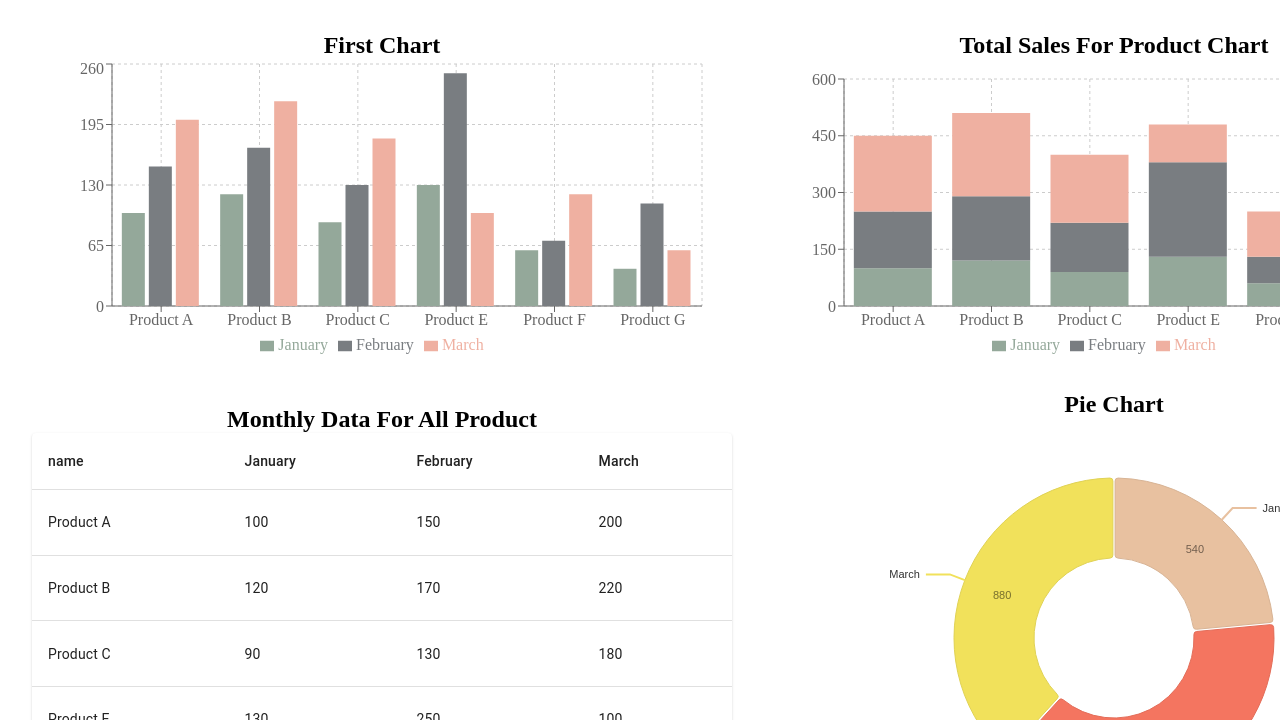
Repository: sagarjain738/test
Page: /
These files come from the project's save history. The page is drawn as it stood at one moment and after the next save; the edit follows.
The browser window is 1280 px wide. The pictures show the whole page.
The project was rebuilt for these pictures with package versions that can differ from the ones it lists, and the page was loaded fresh each time. Also part of the build but not shown: vite.config.js, src/index.css.

Above is the page before, as saved 2024-01-21 00:09:16.

### src/App.jsx
import "./App.css";
import FirstChart from "./components/FirstChart";
import totalData, { getTotalData, getTotal, getMonths } from "../Data";
import SecondChart from "./components/SecondData";
import TotalPieChart from "./components/PieChart";
import BasicTable from "./components/Table";

function App() {
  const firstRecord = getTotalData(totalData);
  const total = getTotal(totalData);
  const monthNames = getMonths();
  return (
    <div className="container">
      <FirstChart records={firstRecord} monthNames={monthNames.slice(1)} />
      <SecondChart records={firstRecord} monthNames={monthNames.slice(1)} />
      <BasicTable records={firstRecord} monthNames={monthNames} />
      <TotalPieChart records={total} monthNames={monthNames} />
    </div>
  );
}

export default App;

### src/App.css
*,
::before,
::after {
  box-sizing: border-box;
  padding: 0;
  margin: 0;
}

.container {
  display: grid;
  grid-template-columns: repeat(2, 1fr);
  max-height: 100vh;
  max-width: 100vw;
  overflow: hidden;
  gap: 2rem;
  padding: 2rem;
}

@media screen and (max-width: 900px) {
  .container {
    display: flex;
    flex-direction: column;
    overflow: scroll;
    align-items: center;
    justify-content: center;
    max-height: max-content;
  }
}

### src/components/FirstChart.jsx
import {
  Bar,
  BarChart,
  CartesianGrid,
  Legend,
  Rectangle,
  Tooltip,
  XAxis,
  YAxis,
} from "recharts";
import HigherOrder from "./HigherOrder";

const colors = ["#94A89A", "#797D81", "#EFB0A1", "#669bbc"];

const FirstChart = ({ records, monthNames }) => {
  return (
    <BarChart
      width={700}
      height={300}
      data={records}
      margin={{
        top: 5,
        right: 30,
        left: 20,
        bottom: 5,
      }}
    >
      <CartesianGrid strokeDasharray="3 3" />
      <XAxis dataKey="name" />
      <YAxis />
      <Tooltip />
      <Legend />
      {monthNames.map((month, i) => (
        <Bar
          key={month}
          dataKey={month}
          fill={colors[i]}
          activeBar={<Rectangle fill={colors[i]} stroke="blue" />}
        />
      ))}
    </BarChart>
  );
};

const ProductWiseMonthlySales = HigherOrder(FirstChart, "First Chart");

export default ProductWiseMonthlySales;

### Data.js
let data = {
  salesData: [
    {
      product: "Product A",
      sales: [
        { month: "January", amount: 100 },
        { month: "February", amount: 150 },
        { month: "March", amount: 200 },
      ],
    },
    {
      product: "Product B",
      sales: [
        { month: "January", amount: 120 },
        { month: "February", amount: 170 },
        { month: "March", amount: 220 },
      ],
    },
    {
      product: "Product C",
      sales: [
        { month: "January", amount: 90 },
        { month: "February", amount: 130 },
        { month: "March", amount: 180 },
      ],
    },
    {
      product: "Product E",
      sales: [
        { month: "January", amount: 130 },
        { month: "February", amount: 250 },
        { month: "March", amount: 100 },
      ],
    },
    {
      product: "Product F",
      sales: [
        { month: "January", amount: 60 },
        { month: "February", amount: 70 },
        { month: "March", amount: 120 },
      ],
    },
    {
      product: "Product G",
      sales: [
        { month: "January", amount: 40 },
        { month: "February", amount: 110 },
        { month: "March", amount: 60 },
      ],
    },
  ],
};

export function getTotalData(records) {
  const result = records.salesData.map((item) => {
    return {
      name: item.product,
      data: item.sales.reduce(
        (acc, itm) => ({ ...acc, [`${itm.month}`]: itm.amount }),
        {}
      ),
    };
  });

  const finalData = result.map((item) => {
    return { name: item.name, ...item.data };
  });

  return finalData;
}

export function getTotals(records) {
  const result = records.salesData.map((item) => {
    return {
      id: item.product,
      label: item.product,
      value: item.sales.reduce((acc, itm) => acc + itm.amount, 0),
      color: "hsl(271, 70%, 50%)",
    };
  });
  return result;
}

export function getTotal(data) {
  let sumOfMonths = {};
  data.salesData.forEach((product) => {
    product.sales.forEach((sale) => {
      sumOfMonths[sale.month] = (sumOfMonths[sale.month] || 0) + sale.amount;
    });
  });

  const output = [];

  for (const key in sumOfMonths) {
    output.push({
      id: key,
      label: key,
      value: sumOfMonths[key],
      color: "hsl(37, 70%, 50%)",
    });
  }

  return output;
}

export function getMonths() {
  const months = new Set();
  months.add("name");
  data.salesData.forEach((d) => d.sales.forEach((v) => months.add(v.month)));

  return [...months];
}

export default data;

### src/components/SecondData.jsx
import {
  Bar,
  BarChart,
  CartesianGrid,
  Legend,
  Tooltip,
  XAxis,
  YAxis,
} from "recharts";
import HigherOrder from "./HigherOrder";

const colors = ["#94A89A", "#797D81", "#EFB0A1", "#669bbc"];

const SecondChart = ({ records, monthNames }) => {
  return (
    <BarChart
      width={700}
      height={300}
      data={records}
      margin={{
        top: 20,
        right: 30,
        left: 20,
        bottom: 5,
      }}
    >
      <CartesianGrid strokeDasharray="3 3" />
      <XAxis dataKey="name" />
      <YAxis />
      <Tooltip />
      <Legend />
      {monthNames.map((month, i) => (
        <Bar key={i} dataKey={month} stackId="a" fill={colors[i]} />
      ))}
    </BarChart>
  );
};

const TotalSalesForProduct = HigherOrder(
  SecondChart,
  "Total Sales For Product Chart"
);

export default TotalSalesForProduct;

### src/components/PieChart.jsx
import { ResponsivePie } from "@nivo/pie";
import HigherOrder from "./HigherOrder";

const TotalPieChart = ({ records }) => (
  <div
    style={{
      height: "30rem",
      width: "30rem",
    }}
  >
    <ResponsivePie
      data={records}
      margin={{ top: 40, right: 80, bottom: 80, left: 80 }}
      innerRadius={0.5}
      padAngle={0.7}
      cornerRadius={3}
      activeOuterRadiusOffset={8}
      borderWidth={1}
      borderColor={{
        from: "color",
        modifiers: [["darker", 0.2]],
      }}
      arcLinkLabelsSkipAngle={10}
      arcLinkLabelsTextColor="#333333"
      arcLinkLabelsThickness={2}
      arcLinkLabelsColor={{ from: "color" }}
      arcLabelsSkipAngle={10}
      arcLabelsTextColor={{
        from: "color",
        modifiers: [["darker", 2]],
      }}
      defs={[
        {
          id: "dots",
          type: "patternDots",
          background: "inherit",
          color: "rgba(255, 255, 255, 0.3)",
          size: 4,
          padding: 1,
          stagger: true,
        },
        {
          id: "lines",
          type: "patternLines",
          background: "inherit",
          color: "rgba(255, 255, 255, 0.3)",
          rotation: -45,
          lineWidth: 6,
          spacing: 10,
        },
      ]}
      legends={[
        {
          anchor: "bottom",
          direction: "row",
          justify: false,
          translateX: 0,
          translateY: 56,
          itemsSpacing: 0,
          itemWidth: 100,
          itemHeight: 18,
          itemTextColor: "#999",
          itemDirection: "left-to-right",
          itemOpacity: 1,
          symbolSize: 18,
          symbolShape: "circle",
          effects: [
            {
              on: "hover",
              style: {
                itemTextColor: "#000",
              },
            },
          ],
        },
      ]}
    />
  </div>
);

const MonthWisePieChart = HigherOrder(TotalPieChart, "Pie Chart");

export default MonthWisePieChart;

### src/components/Table.jsx
import Table from "@mui/material/Table";
import TableBody from "@mui/material/TableBody";
import TableCell from "@mui/material/TableCell";
import TableContainer from "@mui/material/TableContainer";
import TableHead from "@mui/material/TableHead";
import TableRow from "@mui/material/TableRow";
import Paper from "@mui/material/Paper";
import HigherOrder from "./HigherOrder";

function BasicTable({ records, monthNames }) {
  return (
    <TableContainer
      component={Paper}
      sx={{
        minWidth: 450,
        maxWidth: 850,
        minHeight: 450,
        maxHeight: 500,
      }}
    >
      <Table
        sx={{
          minWidth: 450,
          maxWidth: 850,
          minHeight: 450,
          maxHeight: 500,
        }}
        aria-label="simple table"
      >
        <TableHead>
          <TableRow>
            {monthNames.map((item) => (
              <TableCell key={item}>{item}</TableCell>
            ))}
          </TableRow>
        </TableHead>
        <TableBody>
          {records.map((row) => (
            <TableRow
              key={row.name}
              sx={{ "&:last-child td, &:last-child th": { border: 0 } }}
            >
              {monthNames.map((item) => (
                <TableCell key={item} component="th" scope="row">
                  {row[item]}
                </TableCell>
              ))}
            </TableRow>
          ))}
        </TableBody>
      </Table>
    </TableContainer>
  );
}

const TotalSalesForProduct = HigherOrder(
  BasicTable,
  "Monthly Data For All Product"
);

export default TotalSalesForProduct;

### src/components/HigherOrder.jsx
export default function HigherOrder(Component, heading) {
  return function internal(props) {
    return (
      <div
        style={{
          display: "flex",
          flexDirection: "column",
          justifyContent: "center",
          alignItems: "center",
        }}
      >
        <h2>{heading}</h2>
        <Component {...props} />
      </div>
    );
  };
}

Loaded but not shown: index.html (common file); src/main.jsx (common file)

After the next save:
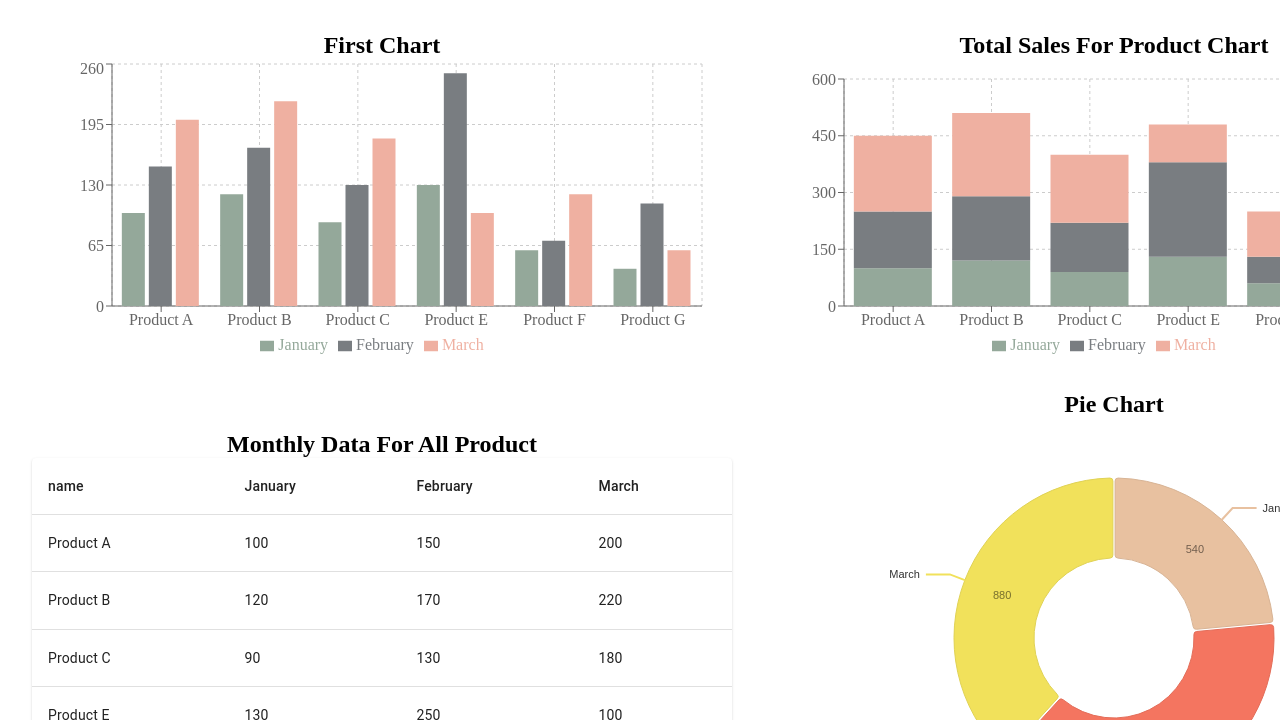
Saved 25 s later.
--- a/src/components/Table.jsx
+++ b/src/components/Table.jsx
@@ -14,7 +14,7 @@ function BasicTable({ records, monthNames }) {
       sx={{
         minWidth: 450,
         maxWidth: 850,
-        minHeight: 450,
+        minHeight: 400,
         maxHeight: 500,
       }}
     >
@@ -22,7 +22,7 @@ function BasicTable({ records, monthNames }) {
         sx={{
           minWidth: 450,
           maxWidth: 850,
-          minHeight: 450,
+          minHeight: 400,
           maxHeight: 500,
         }}
         aria-label="simple table"
